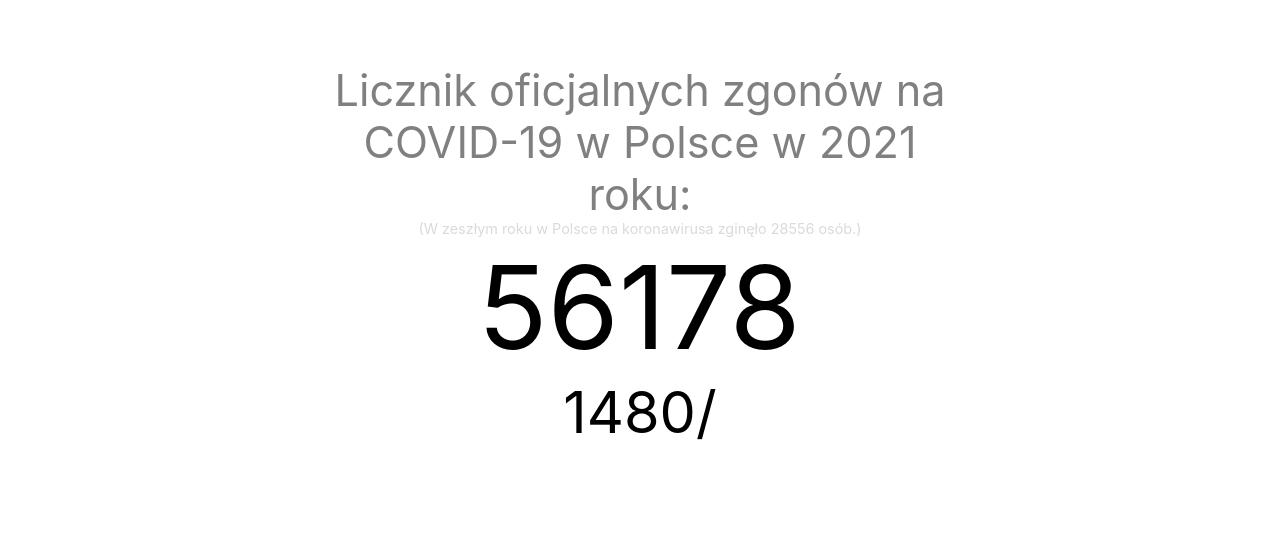
Repository: michalgornicki/poland-covid
Page: /
The author's editor kept a copy of each file at every save. The page is drawn from the files as they stood at one save, then again after the next save.
The browser window is 1280 px wide. The pictures show the whole page.
The project was rebuilt for these pictures with package versions that can differ from the ones it lists, and the page was loaded fresh each time.

Above is the page before, as saved 2021-12-04 19:18:23.

### src/App.jsx
import React, { useEffect } from 'react';
import './App.css';

function App() {



  const startTime = () => {
    const date = new Date();
    let miliseconds = date.getTime();
    let seconds = Math.round(miliseconds/1000);
    let hours = seconds/3600;
    let thisYearHours = Math.round(hours - 447056);
    let thisYearSeconds = Math.round(seconds - 1609401600)

    let deaths = Math.round(thisYearSeconds*0.00192110763);
    document.getElementsByClassName('counter')[0].innerHTML =  deaths;
    let deathsPerMillion = Math.round(deaths/37.95);
    document.getElementsByClassName('counter-2')[0].innerHTML = deathsPerMillion + "/";


    setTimeout(startTime, 1000);
  }

  useEffect(() => {
    startTime()
  });

  return (
    <p>
      <div className="text-container">
      <div className="header">Licznik oficjalnych zgonów na COVID-19 w Polsce w 2021 roku:</div>
      <div className="header-2">(W zeszłym roku w Polsce na koronawirusa zginęło 28556 osób.)</div>
      <div className="counter">{""}</div>
      <div className="counter-2">{""}</div>



      </div>
    </p>
  );
}

export default App;

### src/App.css
.text-container{
    margin-top: 5%;
}

.header{
    font-size: 6vmin;
    display: block;
    margin: auto;
    width: 50%;
    text-align: center;
    color: gray;
}

.header-2{
    font-size: 2vmin;
    display: block;
    margin: auto;
    width: 50%;
    text-align: center;
    color: rgb(218, 218, 218);
}

.counter{
    font-size: 16vmin;
    display: block;
    margin: auto;
    width: 50%;
    text-align: center;
}

.counter-2{
    font-size: 8vmin;
    display: block;
    margin: auto;
    width: 50%;
    text-align: center;
}

Loaded but not shown: public/index.html (common file); src/index.js (common file); src/index.css (common file); src/reportWebVitals.js (common file)

After the next save:
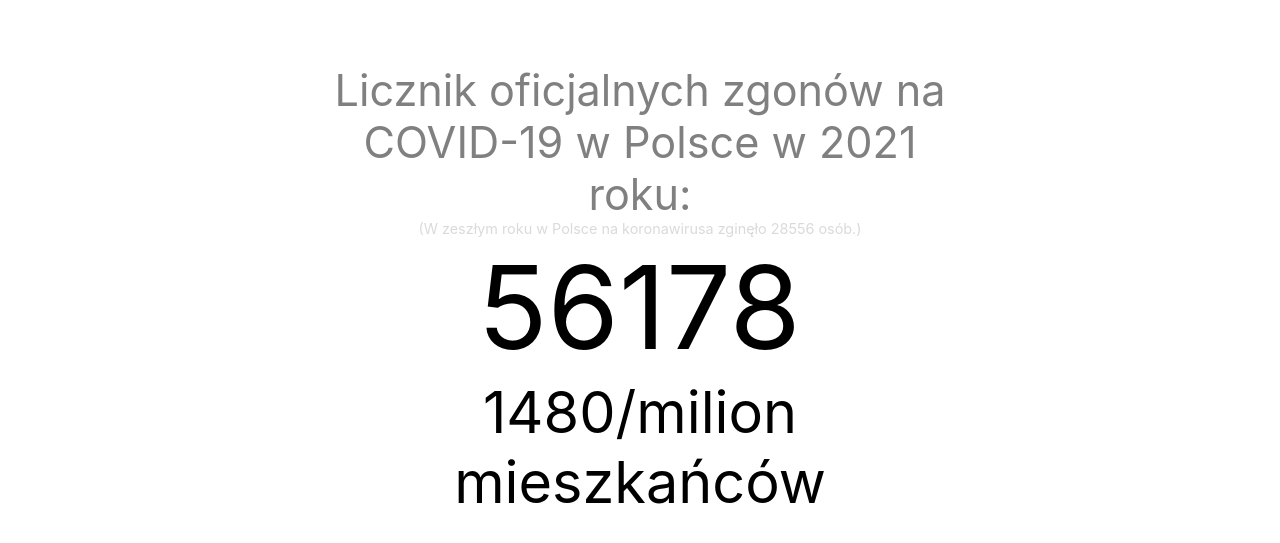
Saved 4 s later.
--- a/src/App.jsx
+++ b/src/App.jsx
@@ -16,7 +16,7 @@ function App() {
     let deaths = Math.round(thisYearSeconds*0.00192110763);
     document.getElementsByClassName('counter')[0].innerHTML =  deaths;
     let deathsPerMillion = Math.round(deaths/37.95);
-    document.getElementsByClassName('counter-2')[0].innerHTML = deathsPerMillion + "/";
+    document.getElementsByClassName('counter-2')[0].innerHTML = deathsPerMillion + "/milion mieszkańców";
 
 
     setTimeout(startTime, 1000);
